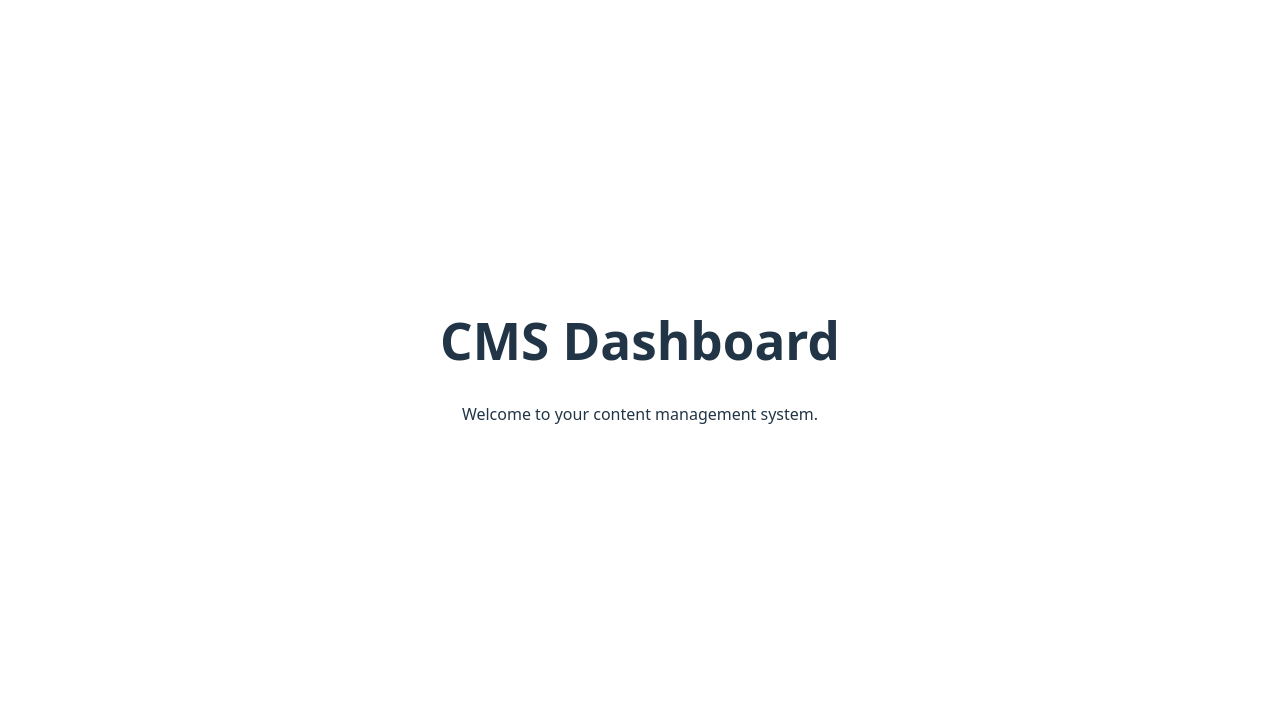
Repository: rajendratamang/react-dashboard
Page: /
These files come from the project's save history. The page is drawn as it stood at one moment and after a run of saves; the edit follows.
The browser window is 1280 px wide. The pictures show the whole page.
The project was rebuilt for these pictures with package versions that can differ from the ones it lists, and the page was loaded fresh each time. Also part of the build but not shown: vite.config.ts.

Above is the page before, as saved 2026-01-16 20:12:36.

### src/App.tsx
import { useState } from 'react'
import './App.css'
import Dashboard from './pages/Dashboard'

function App() {


  return (
    <>
         <Dashboard />
    </>
  )
}

export default App

### src/pages/Dashboard.tsx
export default function Dashboard() {
  return (
    <div style={{ padding: "24px" }}>
      <h1>CMS Dashboard</h1>
      <p>Welcome to your content management system.</p>
    </div>
  );
}

### src/layouts/MainLayout.tsx
import { ReactNode } from "react";

type MainLayoutProps = {
  children: ReactNode;
};

export default function MainLayout({ children }: MainLayoutProps) {
  return (
    <div style={{ minHeight: "100vh", background: "#f8fafc" }}>
      <header
        style={{
          padding: "16px 24px",
          background: "#0f172a",
          color: "#ffffff",
          fontWeight: 600
        }}
      >
        CMS Admin
      </header>

      <main style={{ padding: "24px" }}>
        {children}
      </main>
    </div>
  );
}

Loaded but not shown: index.html (common file); src/main.tsx (common file); src/index.css (common file); src/App.css (common file)

After the next 2 saves:
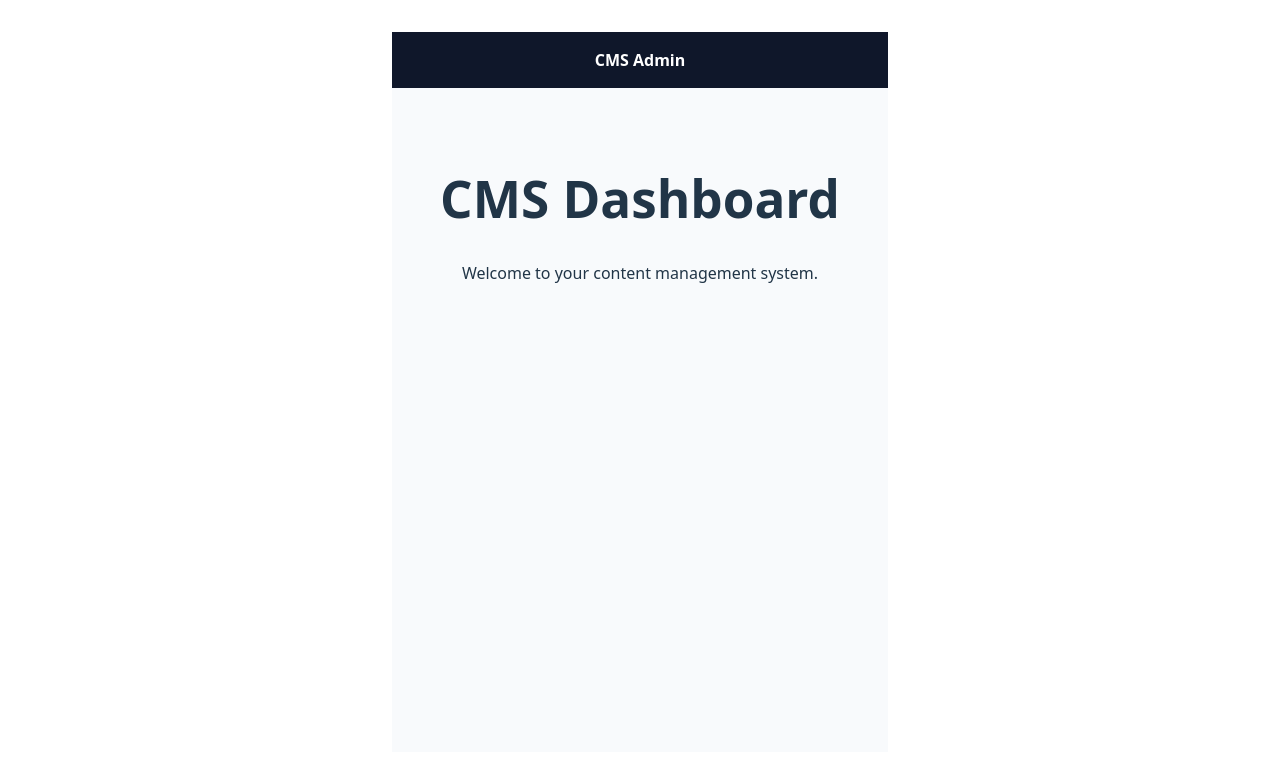
The 2 saves are shown as one change because they came seconds apart.
The last was saved 16 s later.
--- a/src/App.tsx
+++ b/src/App.tsx
@@ -1,14 +1,15 @@
 import { useState } from 'react'
 import './App.css'
 import Dashboard from './pages/Dashboard'
+import MainLayout from './layouts/MainLayout'
 
 function App() {
 
 
   return (
-    <>
-         <Dashboard />
-    </>
+    <MainLayout>
+      <Dashboard />
+    </MainLayout>
   )
 }
 
